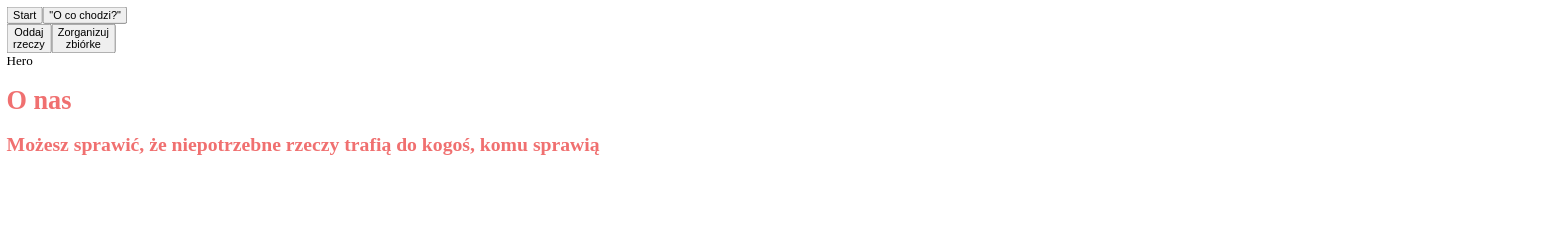
Repository: czaczula/projektstart
Page: /
The author's editor kept a copy of each file at every save. The page is drawn from the files as they stood at one save, then again after a run of saves.
The browser window is 1280 px wide. The page is 1908 px wide, so the pictures cover 1908 px, including what lies to the right of the window. The pictures show the whole page, at 82% of full size.
The project was rebuilt for these pictures with package versions that can differ from the ones it lists, and the page was loaded fresh each time. Also part of the build but not shown: src/components/ThreeColumns/_ThreeColumns.scss, src/components/Nav/_Nav.scss, src/components/Register/Register.js, src/components/LogIn/LogIn.js, src/components/Register/LogOut.js.

Above is the page before, as saved 2021-03-22 18:32:39.

After the next 2 saves:
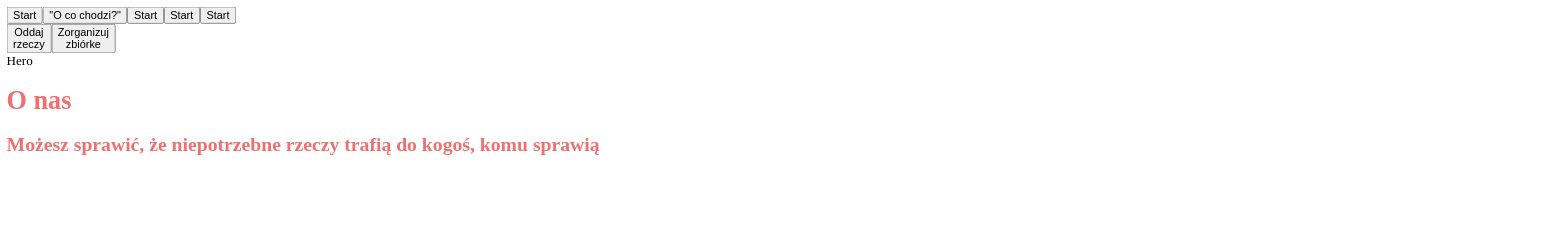
The 2 saves are shown as one change because they came seconds apart.
The last was saved 12 s later.
--- a/src/components/Nav/NavButtons.js
+++ b/src/components/Nav/NavButtons.js
@@ -5,6 +5,9 @@ const NavButtons = () => (
     <>
     <button className='NavButton1'>Start</button>
     <button className='NavButton2'>"O co chodzi?"</button>
+    <button className='NavButton1'>Start</button>
+    <button className='NavButton1'>Start</button>
+    <button className='NavButton1'>Start</button>
     </>
 )
 
